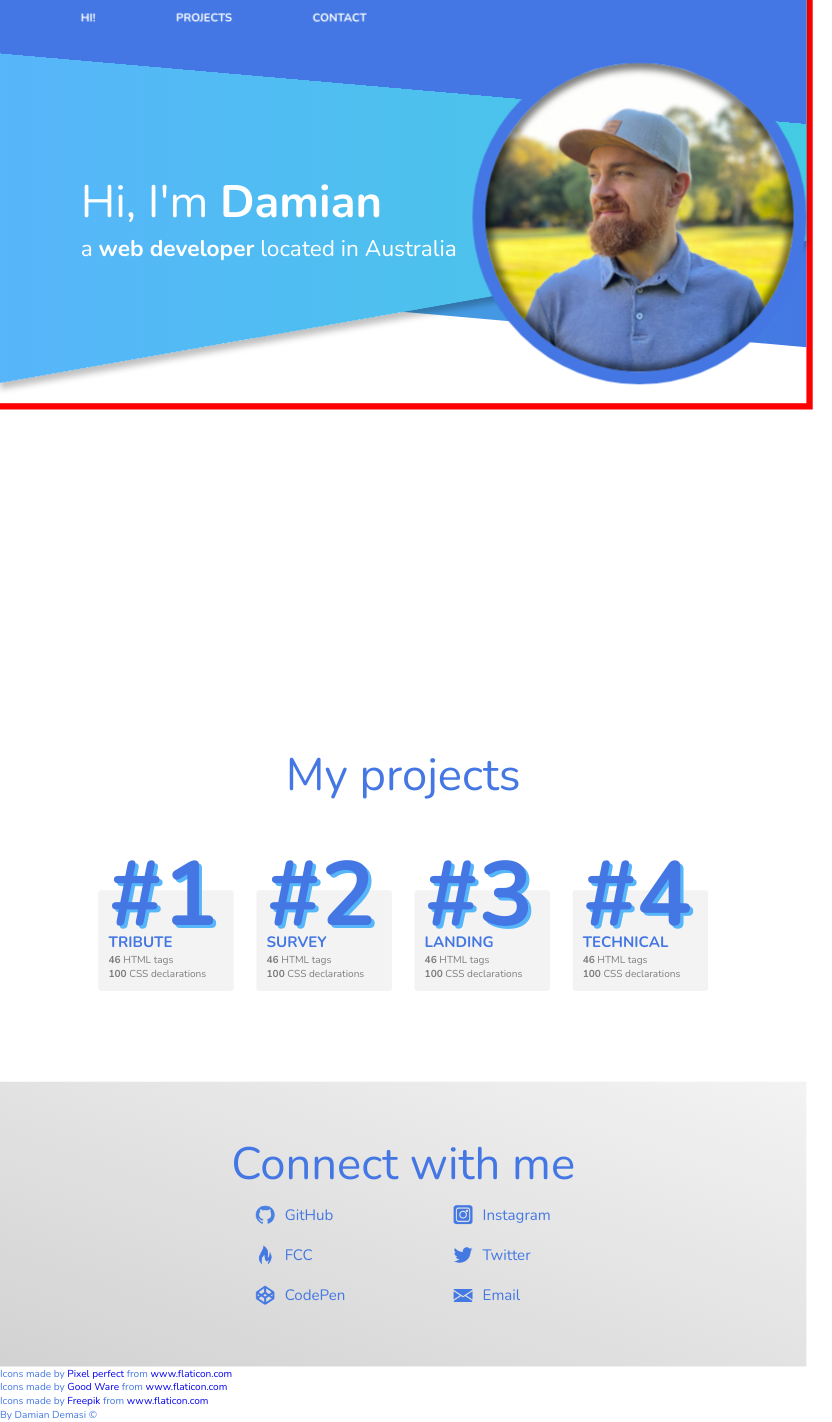
Repository: Colo-Codes/freecodecamp-05-Personal-Portfolio-Webpage
Page: index.html
These files come from the project's save history. The page is drawn as it stood at one moment and after a run of saves; the edit follows.
The browser window is 1280 px wide. The page is 1320 px wide, so the pictures cover 1320 px, including what lies to the right of the window. The pictures show the whole page, at 63% of full size.

Above is the page before, as saved 2021-06-04 06:50:35.

After the next 2 saves:
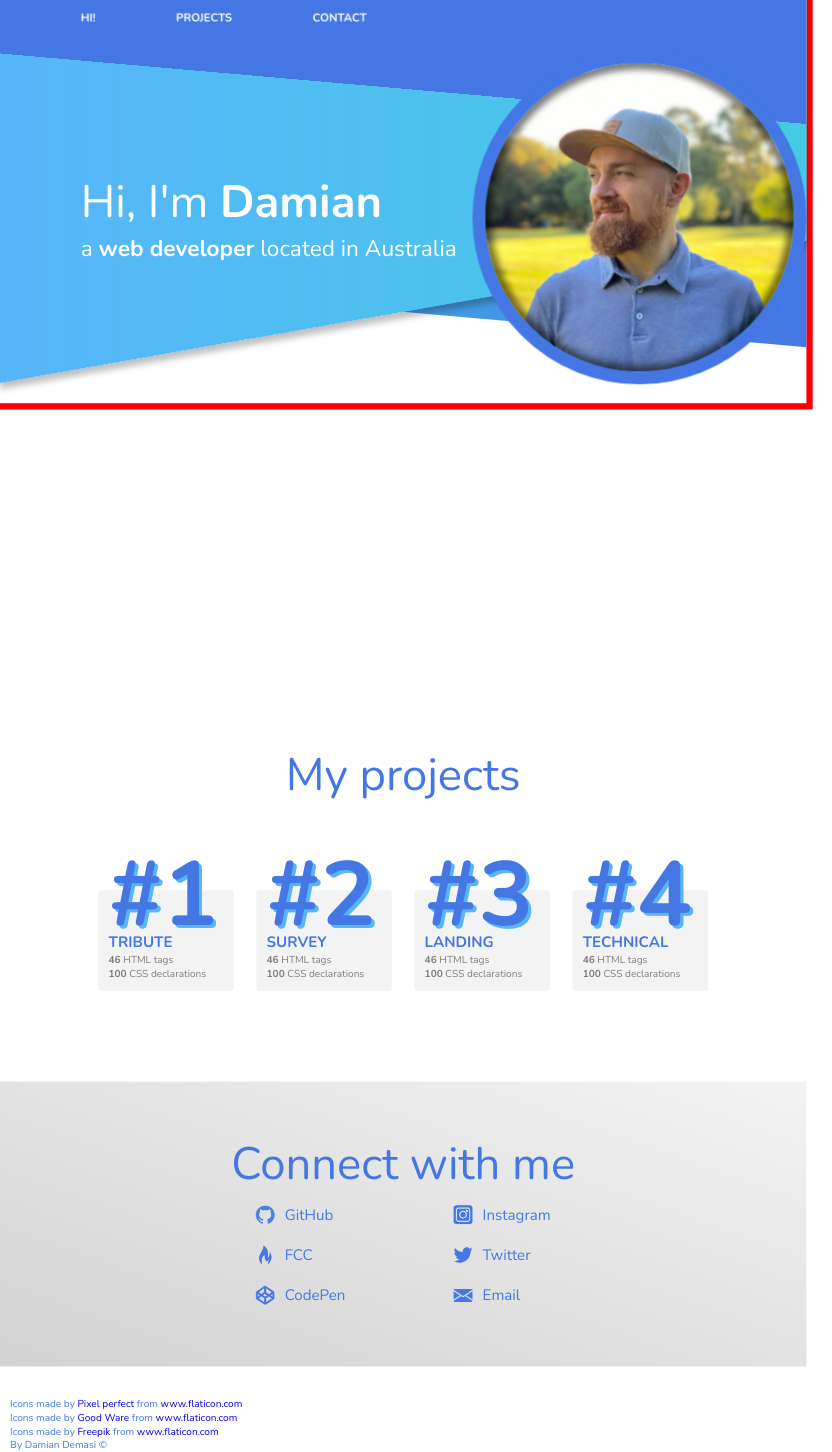
The 2 saves are shown as one change because they came seconds apart.
The last was saved 30 s later.
--- a/css/index.css
+++ b/css/index.css
@@ -296,6 +296,7 @@ a:link {
 
 footer {
     color: #4477E3;
+    padding: 3rem 0 0 1rem;
 }
 
 footer a {
